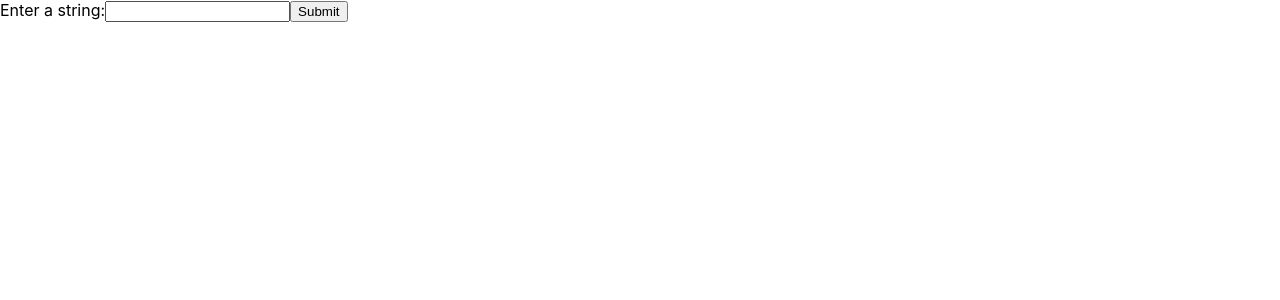
Repository: zfranke/WordScramble-Web
Page: / (app in wordscrambler-web/)
These files come from the project's save history. The page is drawn as it stood at one moment and after the next save; the edit follows.
The browser window is 1280 px wide. The pictures show the whole page.
The project was rebuilt for these pictures with package versions that can differ from the ones it lists, and the page was loaded fresh each time.

Above is the page before, as saved 2022-12-27 11:33:40.

### wordscrambler-web/src/App.js
import React, { useState } from 'react';
import natural from 'natural';

function App() {
  const [input, setInput] = useState('');
  const [combinations, setCombinations] = useState([]);

  function handleChange(event) {
    setInput(event.target.value);
  }

  function handleSubmit(event) {
    event.preventDefault();
    const newCombinations = getCombinations(input);
    newCombinations.sort((a, b) => {
      const aLikelihood = natural.PorterStemmer.stem(a).length;
      const bLikelihood = natural.PorterStemmer.stem(b).length;
      return bLikelihood - aLikelihood;
    });
    setCombinations(newCombinations);
  }

  function getCombinations(str) {
    const combinations = [];

    function helper(combination, index) {
      combinations.push(combination);
      for (let i = index; i < str.length; i++) {
        helper(combination + str[i], i + 1);
      }
    }

    helper('', 0);

    return combinations;
  }

  return (
    <div>
      <form onSubmit={handleSubmit}>
        <label>
          Enter a string:
          <input type="text" value={input} onChange={handleChange} />
        </label>
        <input type="submit" value="Submit" />
      </form>
      {combinations.length > 0 && (
        <ul>
          {combinations.map((combination, index) => (
            <li key={index}>{combination}</li>
          ))}
        </ul>
      )}
    </div>
  );
}

export default App;

Loaded but not shown: wordscrambler-web/public/index.html (common file); wordscrambler-web/src/index.js (common file); wordscrambler-web/src/index.css (common file); wordscrambler-web/src/reportWebVitals.js (common file)

After the next save:
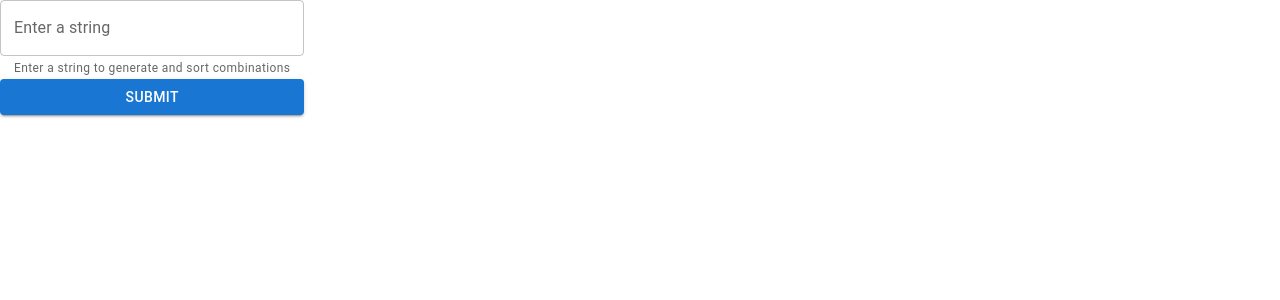
Saved 15 min 17 s later.
--- a/wordscrambler-web/src/App.js
+++ b/wordscrambler-web/src/App.js
@@ -1,5 +1,8 @@
 import React, { useState } from 'react';
 import natural from 'natural';
+import { Button, FormControl, FormHelperText, Input, List, ListItem, TextField } from '@mui/material';
+
+
 
 function App() {
   const [input, setInput] = useState('');
@@ -36,22 +39,26 @@ function App() {
   }
 
   return (
-    <div>
-      <form onSubmit={handleSubmit}>
-        <label>
-          Enter a string:
-          <input type="text" value={input} onChange={handleChange} />
-        </label>
-        <input type="submit" value="Submit" />
-      </form>
+    <form onSubmit={handleSubmit}>
+      <FormControl>
+        <TextField
+          label="Enter a string"
+          value={input}
+          onChange={handleChange}
+        />
+        <FormHelperText>Enter a string to generate and sort combinations</FormHelperText>
+        <Button type="submit" variant="contained" color="primary">
+          Submit
+        </Button>
+      </FormControl>
       {combinations.length > 0 && (
-        <ul>
+        <List>
           {combinations.map((combination, index) => (
-            <li key={index}>{combination}</li>
+            <ListItem key={index}>{combination}</ListItem>
           ))}
-        </ul>
+        </List>
       )}
-    </div>
+    </form>
   );
 }
 
